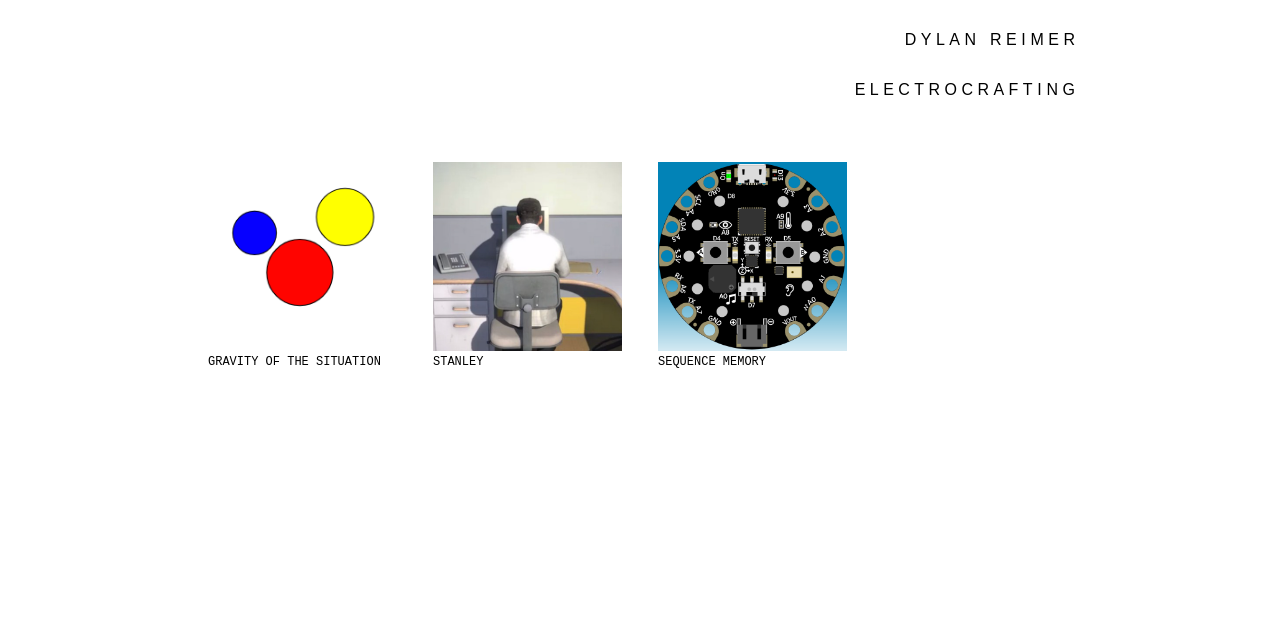
Repository: dylanreimer/electrocrafting
Page: index.html
These files come from the project's save history. The page is drawn as it stood at one moment and after the next save; the edit follows.
The browser window is 1280 px wide. The pictures show the whole page.

Above is the page before, as saved 2021-10-12 00:48:14.

After the next save:
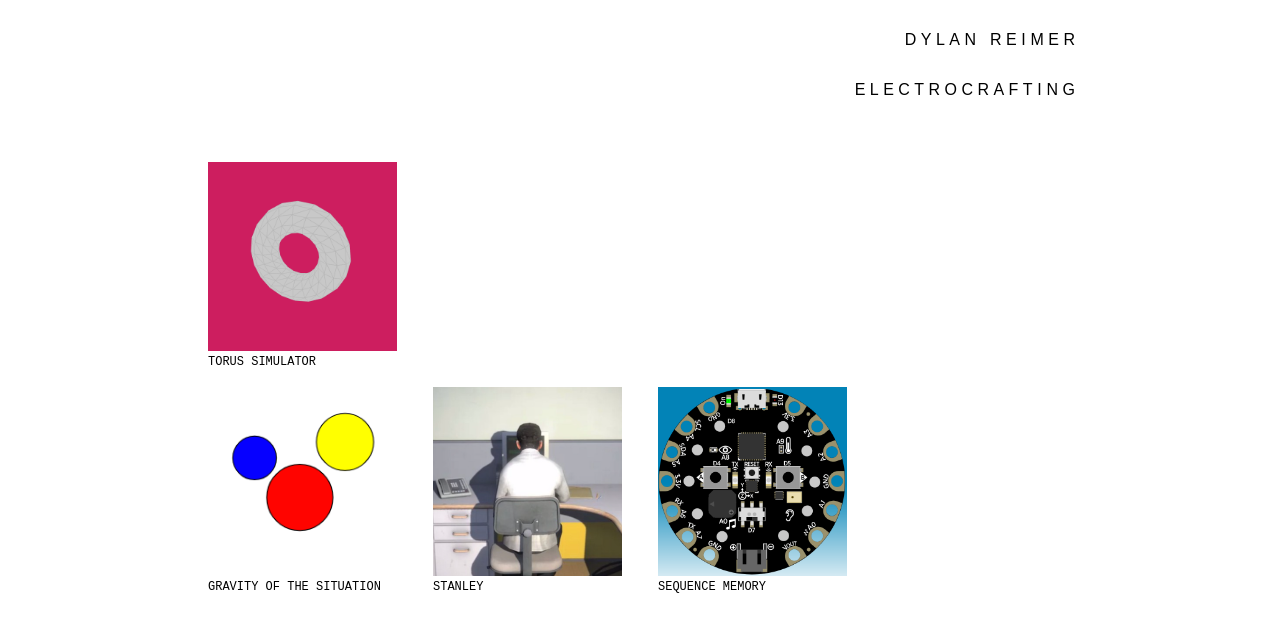
Saved 2 min 38 s later.
--- a/index.html
+++ b/index.html
@@ -50,13 +50,27 @@
 </div>
 </a>
 </div>
+
 <link rel="stylesheet" type="text/css" href="style/index.css" />
 <div id="tiles">
 <div class="tile">
 <div id="inner">
 <div id="image">
+<img src="images/projects/torus.png"></img>
+</div>
+<a href="/projects/10-5/"></a>
+</div>
+<div id="title">
+torus simulator
+</div>
+</div>
+
+<link rel="stylesheet" type="text/css" href="style/index.css" />
+<div id="tiles">
+<div class="tile">
+<div id="inner">
+<div id="image">
 <img src="images/projects/gravity.png"></img>
-
 </div>
 <a href="/projects/sound-game-1/"></a>
 </div>
@@ -64,11 +78,11 @@
 gravity of the situation
 </div>
 </div>
+
 <div class="tile">
 <div id="inner">
 <div id="image">
 <img src="images/projects/stanley.png"></img>
-
 </div>
 <a href="/projects/sprite_1/"></a>
 </div>
@@ -76,11 +90,11 @@ gravity of the situation
 stanley
 </div>
 </div>
+
 <div class="tile">
 <div id="inner">
 <div id="image">
 <img src="images/projects/sequence.png"></img>
-
 </div>
 <a target="_blank" rel="noopener noreferrer" href="https://makecode.com/_2tRifk9hCDXj"></a>
 </div>
